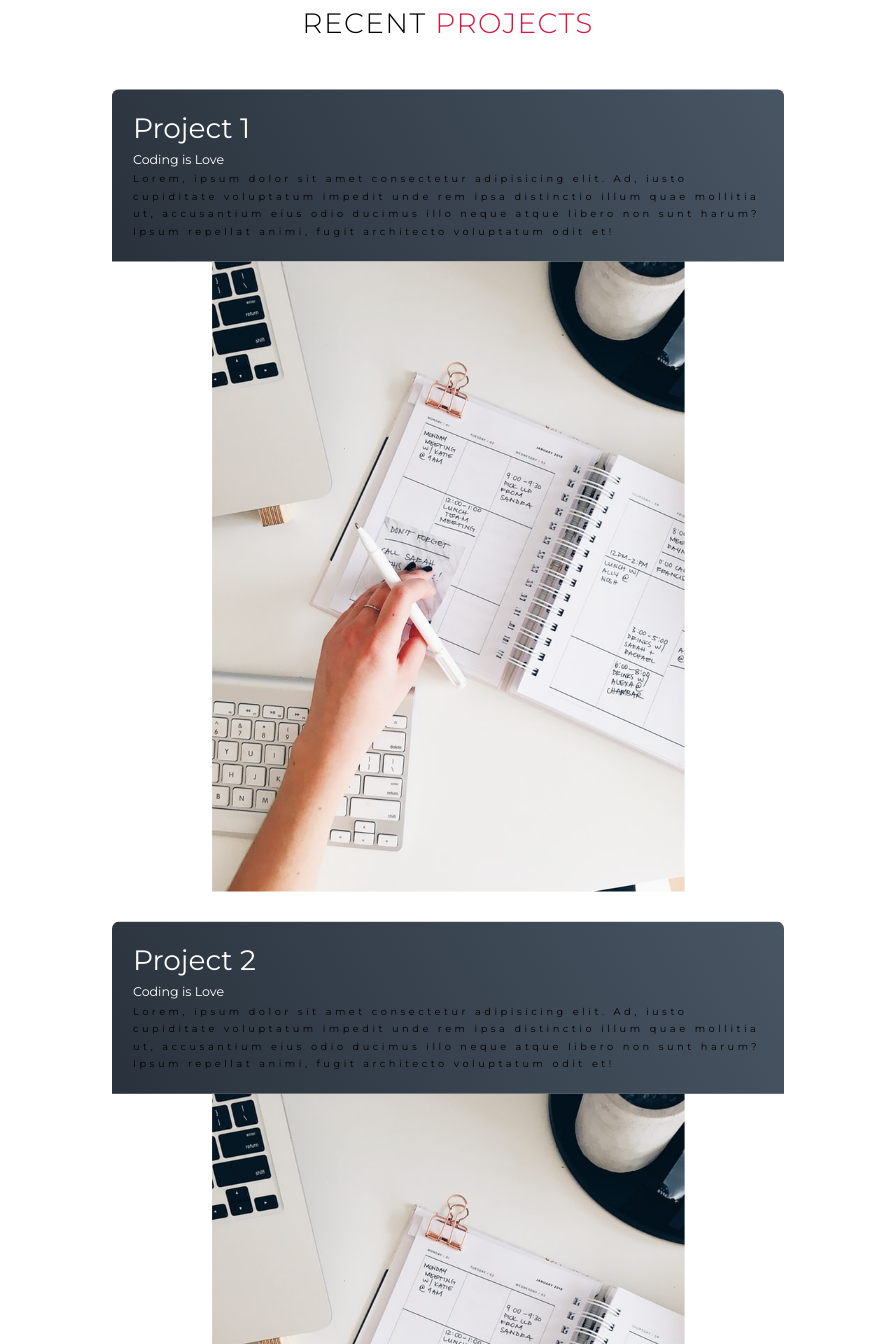
Repository: randysteele/my-portfolio-2023
Page: index.html
These files come from the project's save history. The page is drawn as it stood at one moment and after the next save; the edit follows.
The browser window is 1280 px wide. The pictures show the part of the page from y = 2271 to 4191 px (the page is 8437 px tall), at 70% of full size.

Above is the page before, as saved 2023-04-23 15:50:55.

### index.html
<!DOCTYPE html>
<html lang="en">
<head>
    <meta charset="UTF-8">
    <meta http-equiv="X-UA-Compatible" content="IE=edge">
    <meta name="viewport" content="width=device-width, initial-scale=1.0">
    <link rel="stylesheet" href="style.css">
    <title>Randy Steele Portfolio</title>
</head>
<body>
    <!-- Hero Section -->
    <section id="hero">
        <div class="hero container">
            <div>
            <h1>Hello, <span></span></h1>
            <h1>My Name Is <span></span></h1>
            <h1>Randy <span></span></h1>
            <a href="#" type="button" class="cta">Portfolio</a>
        </div>
    </div>
    </section>
    <!-- End Hero Section -->

    <!-- Services Section -->
    <section id="services">
        <div class="services container">
          <div class="service-top">
            <h1 class="section-title">Serv<span>i</span>ces</h1>
            <p>Lorem ipsum dolor sit amet consectetur, adipisicing elit. Ipsum deleniti maiores pariatur assumenda quas
              magni et, doloribus quod voluptate quasi molestiae magnam officiis dolorum, dolor provident atque molestias
              voluptatum explicabo!</p>
          </div>
          <div class="service-bottom">
            <div class="service-item">
              <div class="icon"><img src="https://img.icons8.com/bubbles/100/000000/services.png" /></div>
              <h2>Web Design</h2>
              <p>Lorem ipsum dolor sit amet consectetur adipisicing elit. Corporis debitis rerum, magni voluptatem sed
                architecto placeat beatae tenetur officia quod</p>
            </div>
            <div class="service-item">
              <div class="icon"><img src="https://img.icons8.com/bubbles/100/000000/services.png" /></div>
              <h2>Web Design</h2>
              <p>Lorem ipsum dolor sit amet consectetur adipisicing elit. Corporis debitis rerum, magni voluptatem sed
                architecto placeat beatae tenetur officia quod</p>
            </div>
            <div class="service-item">
              <div class="icon"><img src="https://img.icons8.com/bubbles/100/000000/services.png" /></div>
              <h2>Web Design</h2>
              <p>Lorem ipsum dolor sit amet consectetur adipisicing elit. Corporis debitis rerum, magni voluptatem sed
                architecto placeat beatae tenetur officia quod</p>
            </div>
            <div class="service-item">
              <div class="icon"><img src="https://img.icons8.com/bubbles/100/000000/services.png" /></div>
              <h2>Web Design</h2>
              <p>Lorem ipsum dolor sit amet consectetur adipisicing elit. Corporis debitis rerum, magni voluptatem sed
                architecto placeat beatae tenetur officia quod</p>
            </div>
          </div>
        </div>
      </section>
<!-- End Services Section -->

 <!-- Projects Section -->
 <section id="projects">
    <div class="projects container">
      <div class="projects-header">
        <h1 class="section-title">Recent <span>Projects</span></h1>
      </div>
      <div class="all-projects">
        <div class="project-item">
          <div class="project-info">
            <h1>Project 1</h1>
            <h2>Coding is Love</h2>
            <p>Lorem, ipsum dolor sit amet consectetur adipisicing elit. Ad, iusto cupiditate voluptatum impedit unde
              rem ipsa distinctio illum quae mollitia ut, accusantium eius odio ducimus illo neque atque libero non sunt
              harum? Ipsum repellat animi, fugit architecto voluptatum odit et!</p>
          </div>
          <div class="project-img">
            <img src="./img/img-1.png" alt="img">
          </div>
        </div>
        <div class="project-item">
          <div class="project-info">
            <h1>Project 2</h1>
            <h2>Coding is Love</h2>
            <p>Lorem, ipsum dolor sit amet consectetur adipisicing elit. Ad, iusto cupiditate voluptatum impedit unde
              rem ipsa distinctio illum quae mollitia ut, accusantium eius odio ducimus illo neque atque libero non sunt
              harum? Ipsum repellat animi, fugit architecto voluptatum odit et!</p>
          </div>
          <div class="project-img">
            <img src="./img/img-1.png" alt="img">
          </div>
        </div>
        <div class="project-item">
          <div class="project-info">
            <h1>Project 3</h1>
            <h2>Coding is Love</h2>
            <p>Lorem, ipsum dolor sit amet consectetur adipisicing elit. Ad, iusto cupiditate voluptatum impedit unde
              rem ipsa distinctio illum quae mollitia ut, accusantium eius odio ducimus illo neque atque libero non sunt
              harum? Ipsum repellat animi, fugit architecto voluptatum odit et!</p>
          </div>
          <div class="project-img">
            <img src="./img/img-1.png" alt="img">
          </div>
        </div>
        <div class="project-item">
          <div class="project-info">
            <h1>Project 4</h1>
            <h2>Coding is Love</h2>
            <p>Lorem, ipsum dolor sit amet consectetur adipisicing elit. Ad, iusto cupiditate voluptatum impedit unde
              rem ipsa distinctio illum quae mollitia ut, accusantium eius odio ducimus illo neque atque libero non sunt
              harum? Ipsum repellat animi, fugit architecto voluptatum odit et!</p>
          </div>
          <div class="project-img">
            <img src="./img/img-1.png" alt="img">
          </div>
        </div>
        <div class="project-item">
          <div class="project-info">
            <h1>Project 5</h1>
            <h2>Coding is Love</h2>
            <p>Lorem, ipsum dolor sit amet consectetur adipisicing elit. Ad, iusto cupiditate voluptatum impedit unde
              rem ipsa distinctio illum quae mollitia ut, accusantium eius odio ducimus illo neque atque libero non sunt
              harum? Ipsum repellat animi, fugit architecto voluptatum odit et!</p>
          </div>
          <div class="project-img">
            <img src="./img/img-1.png" alt="img">
          </div>
        </div>
      </div>
    </div>
  </section>
  <!-- End Projects Section -->


<!-- End Projects Section -->

</body>
</html>


<a target="_blank" href="https://icons8.com/icon/53429/home-page">Icons Provided by</a>  <a target="_blank" href="https://icons8.com">Icons8</a>

### style.css
@import url('https://fonts.googleapis.com/css2?family=Montserrat:wght@300;400;700&display=swap');
* {
    padding: 0;
    margin: 0;
    box-sizing: border-box;
}
html {
    font-size: 10px;
    font-family: "Montserrat", "sans-serif";
}
a {
    text-decoration: none;
}
.container {
    min-height: 100vh;
    width: 100%;
    display: flex;
    align-items: center;
    justify-content: center;
}

img{
    height: 100%;
    width: 100%;
    object-fit: cover;
}

p {
    color: black;
    font-size: 1.4rem;
    margin-top: 5px;
    line-height: 2.5rem;
    font-weight: 300px;
    letter-spacing: 0.5rem;
}

.section-title {
    font-size: 4rem;
    font-weight: 300;
    color: black;
    margin-bottom: 10px;
    text-transform: uppercase;
    letter-spacing: .2rem;
    text-align: center;
}

.section-title span {
    color: crimson;
}



/* Hero Section */
#hero {
    background-image: url(./img/me1.jpeg);
    background-size: cover;
    background-position: top center;
    position: relative;
    z-index: 1;
}
#hero::after{
    content: '';
    position: absolute;
    left: 0;
    top: 0;
    height: 100%;
    width: 100%;
    background-color: black;
    opacity: 0.7;
    z-index: -1;
}
#hero .hero{
    max-width: 1200px;
    margin: 0 auto;
    padding: 0 50px;
    justify-content: flex-start;
}
#hero h1{
    display: block;
    width: fit-content;
    font-size: 4rem;
    position: relative;
    color: transparent;
    animation: text_reveal 1s ease forwards;
    animation-delay: 1s
}
#hero h1:nth-child(1){
    animation-delay: 1s;
}
#hero h1:nth-child(2){
    animation-delay: 2s;
}
#hero h1:nth-child(3){
    animation: text_reveal_name .5s ease forwards;
    animation-delay: 3s;
}

#hero .cta {
  display: inline-block;
  padding: 10px 30px;
  color: white;
  background-color: transparent;
  border: 2px solid crimson;
  font-size: 2rem;
  text-transform: uppercase;
  letter-spacing: 0.1rem;
  margin-top: 30px;
  transition: 0.3s ease;
  transition-property: background-color, color;
}
#hero .cta:hover {
    color: white;
    background-color: crimson;
}
#hero h1 span {
    position: absolute;
    top: 0;
    left: 0;
    height: 100%;
    width: 0;
    background-color: crimson;
    animation: text_reveal_box 1s ease;
    animation-delay: .3s;
}

#hero h1:nth-child(1) span {
    animation-delay: 1s;
}
#hero h1:nth-child(2) span {
    animation-delay: 2s;
}

#hero h1:nth-child(3) span {
    animation-delay: 3s;
}

/* End Hero Section */


/* Services Section */

#services .services{
 flex-direction: column;
 text-align: center;
 max-width: 1500px;
 margin: 0 auto;
 padding: 100px 0;
}


#services .service-top p {
    color: black;
    font-size: 1.4rem;
    margin-top: 5px;
    line-height: 2.5rem;
    font-weight: 300px;
    letter-spacing: 0.5rem;
}

#services .service-bottom {
    display: flex;
    align-items: center;
    justify-content: center;
    flex-wrap: wrap;
    margin-top: 50px;
}

#services .service-item {
    flex-basis: 80%;
    display: flex;
    align-items: flex-start;
    justify-content: center;
    flex-direction: column;
    padding: 30px;
    border-radius: 10px;
    background-image: url(./img/img-1.png);
    background-size: cover;
    margin: 10px 5%;
    position: relative;
    z-index: 1;
    overflow: hidden;
}

#services .service-item::after {
    content: "";
    position: absolute;
    left: 0;
    top: 0;
    height: 100%;
    width: 100%;
    background-image: linear-gradient(60deg, #29323c 0%, #485563 100%);
    opacity: .8;
    z-index: -1;
}

#services .service-bottom .icon {
  height: 80px;
  width: 80px;
  margin-bottom: 20px;
}

#services .service-item h2 {
    font-size: 2rem;
    color: white;
    margin-bottom: 10px;
    text-transform: uppercase;
}

#services .service-item p{
    color: white;
    text-align: left;
}
/* End Services Section */


/* Projects Section */

#projects .projects{
    flex-direction: column;
    max-width: 1200px;
    margin: 0 auto;
    padding: 100px 0;
}

#projects .projects-header h1{
margin-bottom: 50px;
}

#projects .all-projects {
    display: flex;
    align-items: center;
    justify-content: center;
    flex-direction: column;
}

#projects .project-item {
    display: flex;
    align-items: center;
    justify-content: center;
    flex-direction: column;
    width: 80%;
    margin: 20px auto;
    overflow: hidden;
    border-radius: 10px;

}

#projects .project-info {
    padding: 30px;
    flex-basis: 50%;
    height: 100%;
    display: flex;
    align-items: flex-start;
    justify-content: center;
    flex-direction: column;
    background-image: linear-gradient(60deg, #29323c 0%, #485563 100%);
    color: white;
}
#projects .project-info h1{
    font-size: 4rem;
    font-weight: 500;
}

#projects .project-info h2{
 font-size: 1.8rem;
 font-weight: 500;
 margin-top: 10px;
}



/* End Projects Section */







/* Keyframes */

@keyframes text_reveal_box {
    50%{
        width: 100%;
        left: 0;
    }
    100%{
        width: 0;
        left: 100%;
    }
}

@keyframes text_reveal{
    100%{
        color: white;

    }
}
@keyframes text_reveal_name{
    100%{
        color: crimson;
        font-weight: 500px;
    }
}

/* End Keyframes  */




/* End Services Section */

After the next save:
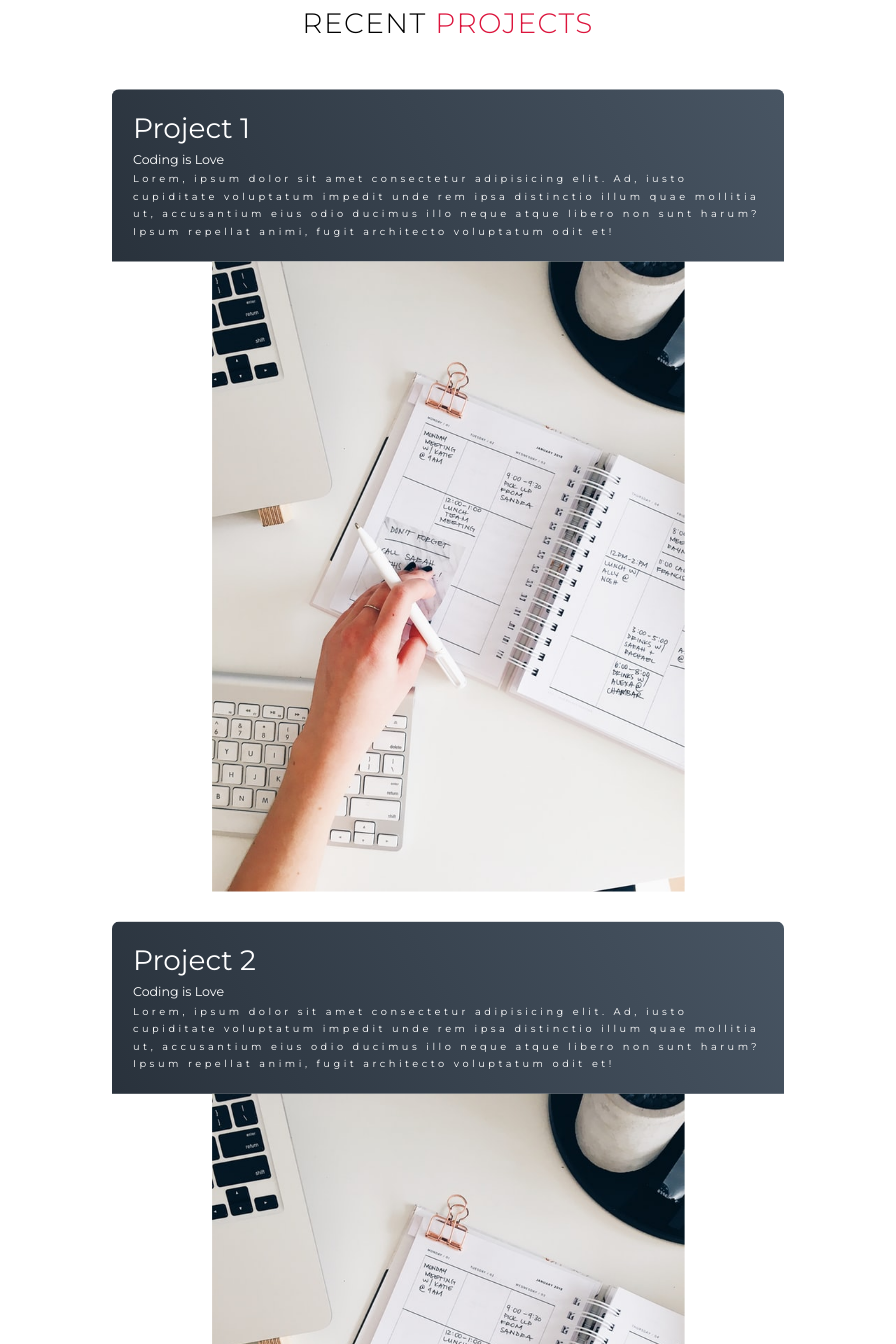
Saved 26 s later.
--- a/style.css
+++ b/style.css
@@ -267,6 +267,10 @@ margin-bottom: 50px;
  margin-top: 10px;
 }
 
+#projects .project-info p {
+    color: white;
+
+}
 
 
 /* End Projects Section */
